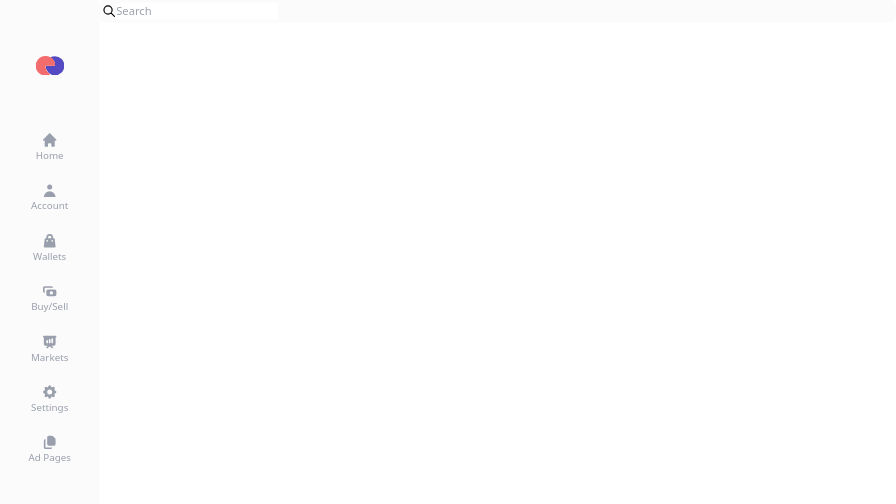
Repository: almaqdad55/crypto-app-nextjs
Page: /
An editor plug-in stored every save of this project. The page is shown before and after a run of saves, followed by the edit.
The browser window is 1280 px wide. The pictures show the part of the page from y = 0 to 1920 px (the page is 720 px tall before and 3446 px after), at 70% of full size.
The project was rebuilt for these pictures with package versions that can differ from the ones it lists, and the page was loaded fresh each time. The framework's server and built-in components were replaced by stand-ins that run in the browser.

Above is the page before, as saved 2022-01-04 20:00:59.

After the next 2 saves:
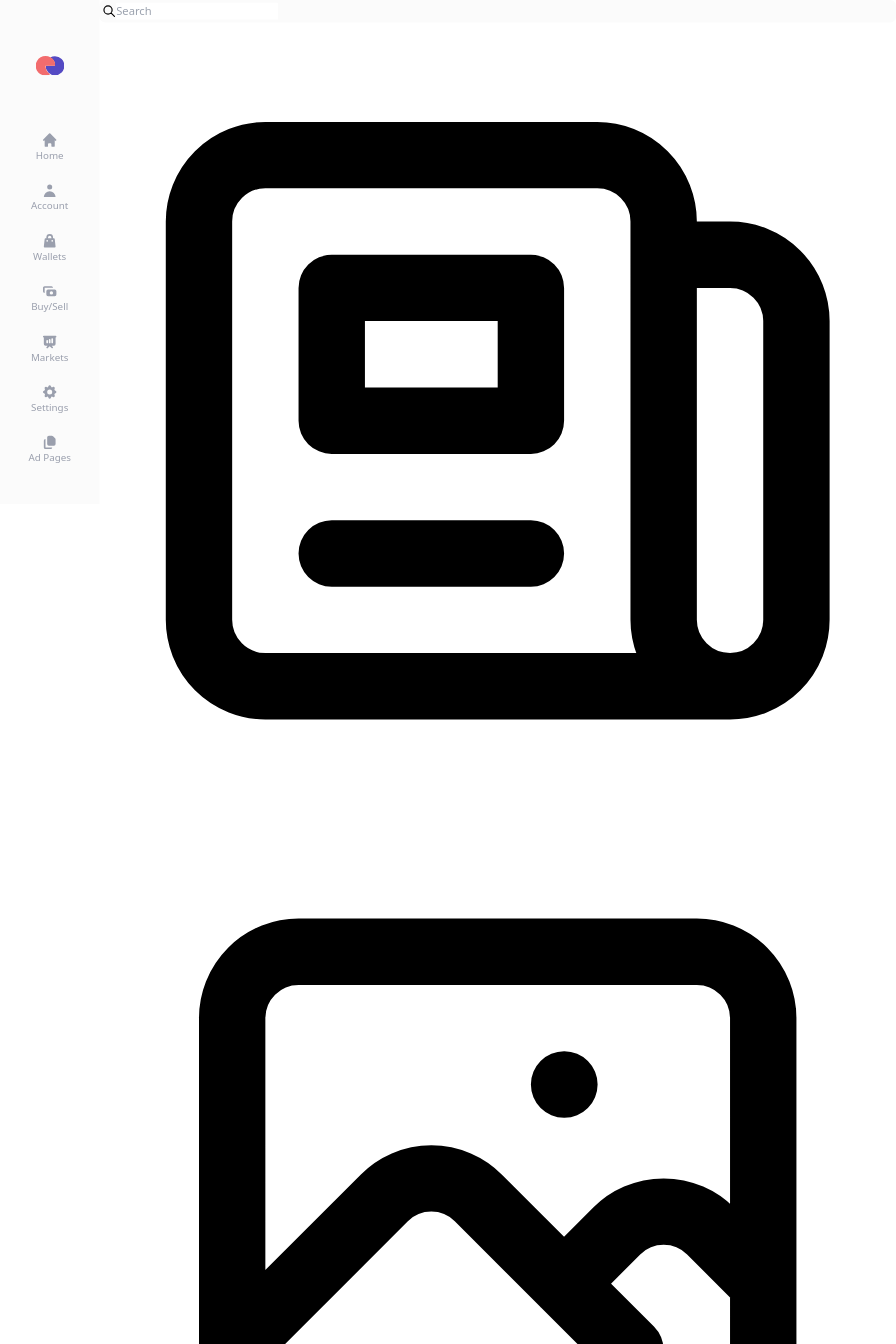
The 2 saves are shown as one change because 1 did not build or start.
The last was saved 87 s later.
--- a/components/Feed.jsx
+++ b/components/Feed.jsx
@@ -1,5 +1,5 @@
 import {
-  DotsHorizontalIcon,
+  DotsVerticalIcon,
   PhotographIcon,
   NewspaperIcon,
   SearchIcon,
@@ -14,6 +14,11 @@ const Feed = () => {
           <SearchIcon className="h-5" />
           <input type="text" placeholder={`Search`} className="outline-none" />
         </div>
+        <div>
+          <NewspaperIcon />
+          <PhotographIcon />
+          <DotsVerticalIcon />
+        </div>
       </div>
     </div>
   );

After the save that followed:
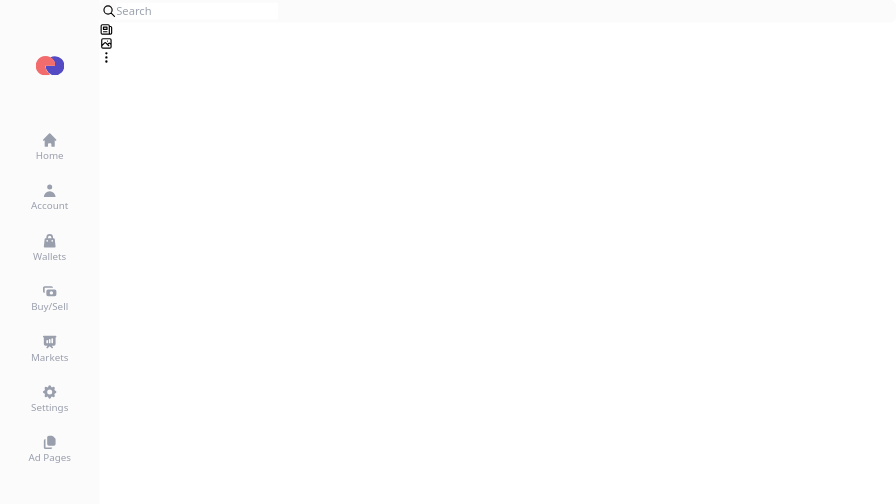
Saved 12 s later.
--- a/components/Feed.jsx
+++ b/components/Feed.jsx
@@ -15,9 +15,9 @@ const Feed = () => {
           <input type="text" placeholder={`Search`} className="outline-none" />
         </div>
         <div>
-          <NewspaperIcon />
-          <PhotographIcon />
-          <DotsVerticalIcon />
+          <NewspaperIcon className="h-5" />
+          <PhotographIcon className="h-5" />
+          <DotsVerticalIcon className="h-5" />
         </div>
       </div>
     </div>
